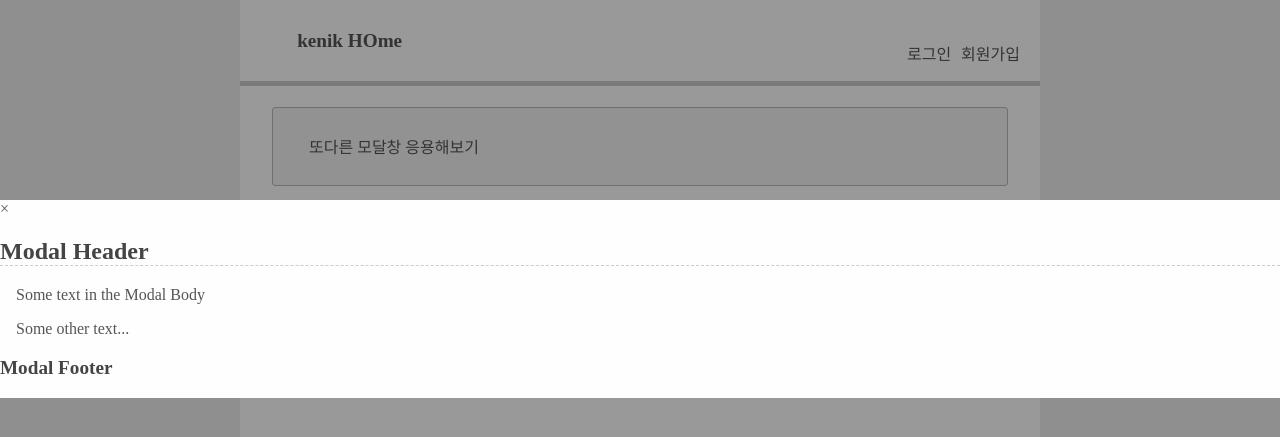
Repository: Deneb0000/WebClass
Page: webPro/src/main/webapp/javascript/days09/ex14_02.html
The author's editor kept a copy of each file at every save. The page is drawn from the files as they stood at one save, then again after the next save.
The browser window is 1280 px wide. The pictures show the whole page.
Some web fonts or font styles are not loaded; a fallback is used.

Above is the page before, as saved 2024-10-11 06:49:05.

### webPro/src/main/webapp/javascript/days09/ex14_02.html
<!DOCTYPE html>
<html>
<head>
<meta charset="UTF-8">
<title>Insert title here</title>
<link rel="shortcut icon" type="image/x-icon" href="http://localhost/webPro/images/SiSt.ico">
<script src="https://ajax.googleapis.com/ajax/libs/jquery/3.7.1/jquery.min.js"></script>
<meta name="viewport" content="width=device-width, initial-scale=1.0">
<link rel="stylesheet" href="http://localhost/webPro/resources/cdn-main/example.css">
<script src="http://localhost/webPro/resources/cdn-main/example.js"></script>
<style>
 span.material-symbols-outlined{
    vertical-align: text-bottom;
 }
</style>
<style>
  .modal {
 position: fixed; /* Stay in place */
 z-index: 1; /* Sit on top */
 left: 0;
 top: 0;
 width: 100%; /* Full width */
 height: 100%; /* Full height */
 overflow: auto; /* Enable scroll if needed */
 background-color: rgb(0,0,0); /* Fallback color */
 background-color: rgba(0,0,0,0.4); /* Black w/ opacity 오퍼시티 40%를 먹인 black 화면*/
 -webkit-animation-name: fadeIn; /* Fade in the background */
 -webkit-animation-duration: 0.4s;
 animation-name: fadeIn;
 animation-duration: 0.4s
}

.modal-content {
  position: fixed;
  top: 200px;
  background-color: #fefefe;
  width: 100%;
  -webkit-animation-name: slideIn;
  -webkit-animation-duration: 0.4s;
  animation-name: slideIn;
  animation-duration: 0.4s
}
</style>
</head>
<body>
<header>
  <h1 class="main"><a href="#" style="position: absolute;top:30px;">kenik HOme</a></h1>
  <ul>
    <li><a href="#">로그인</a></li>
    <li><a href="#">회원가입</a></li>
  </ul>
</header>
<div>
  <xmp class="code">
     또다른 모달창 응용해보기
  </xmp>

  <button id="myBtn">Open Modal</button>

  <!-- The Modal start-->
<div id="myModal" class="modal">

  <!-- Modal content -->
  <div class="modal-content">
    <div class="modal-header">
      <span class="close">&times;</span>
      <h2>Modal Header</h2>
    </div>
    <div class="modal-body">
      <p>Some text in the Modal Body</p>
      <p>Some other text...</p>
    </div>
    <div class="modal-footer">
      <h3>Modal Footer</h3>
    </div>
  </div>
<!-- The Modal finish-->

</div>
</div>
</body>
</html>

### webPro/src/main/webapp/resources/cdn-main/example.css
@charset "UTF-8";

@import url('https://fonts.googleapis.com/css2?family=Material+Symbols+Outlined:opsz,wght,FILL,GRAD@20..48,100..700,0..1,-50..200');

@font-face {
    font-family: 'GmarketSansMedium';
    src: url('https://cdn.jsdelivr.net/gh/projectnoonnu/noonfonts_2001@1.1/GmarketSansMedium.woff') format('woff');
    font-weight: normal;
    font-style: normal;
}

:root {
	--text-color: #555;
	--sub-text-color: #777;
	--back-color: #EFEFEF;
	--header-color: #444;
	--primary-color: #DEDEDE;
	--secondary-color: #EFEFEF;
	--default-width: 800px;
	--narrow-width: 500px;
	--wide-width: 1200px;
	--text-font: 'GmarketSansMedium';
	--icon-font: 'Material Symbols Outlined';
	--border-color: #CCC;
}

html, body {
	margin: 0;
	padding: 0;
}

html {
	background-color: var(--back-color);
	display: flex;
	justify-content: center;
	min-height: 100vh;
}

body, body.default {
	width: var(--default-width);
	background-color: white;
	padding-bottom: 120px;
}

body.wide {
	width: var(--wide-width);
}

body.narrow {
	width: var(--narrow-width);
}



body, p, div, span, a, input, select, option, textarea, button, table, th, td, label, fieldset, legend {
	font-family: var(--text-font);
	color: var(--text-color);
}

h1, h2, h3 {
	font-family: var(--text-font);
	color: var(--header-color);
	padding: 0 1rem;
	padding-top: .5rem;
}

div > h1, div > h2, div > h3 {
	padding: 0;
}

body > div, body > main > div {
	padding: 0.3rem 1rem;
}


h1 { font-size: 2rem; border-bottom: 1px solid var(--border-color); }
h1 small { font-size: 1.2rem; color: var(--sub-text-color); }
h2 { font-size: 1.5rem; border-bottom: 1px dashed var(--border-color); }
h2 small { font-size: 1.1rem; color: --sub-text-color; }
h3 { font-size: 1.2rem; }
h3 small { font-size: 1rem; color: --sub-text-color; }



h1.main::before {
	font-family: var(--icon-font);
  	content: '\e666';
  	margin-right: 10px;
  	float: left;
	font-size: 2.5rem;
}

h1.sub::before {
	font-family: var(--icon-font);
  	content: '\ea19';
  	margin-right: 10px;
  	float: left;
	font-size: 2.5rem;
}


h1.page::before {
	font-family: var(--icon-font);
  	content: '\e0e0';
  	margin-right: 10px;
  	float: left;
	font-size: 2.5rem;
}

body > header > ul > li > .active{
	background-color: #FFF;
	color:#F00;
}

body > header {
	display: flex;
	justify-content: space-between;
	border-bottom: 5px solid var(--border-color);
	min-height: 74px;
	background-color: #FFF;
}

body > header.sticky {
	position: sticky;
	top: 0;
	z-index: 98;
}

body > header > h1 {
	font-size: 1.2rem;
	border: 0;
}

body > header.in > h1::before {
	font-family: var(--icon-font);
  	content: '\e332‥';
  	margin-right: 3px;
  	float: left;
	font-size: 2rem;
}


body > header > ul {
	list-style-type: none;
	display: flex;
	align-items: flex-end;
	margin-right: 10px;
}

body > header > ul > li {
	margin-right: 10px;
	cursor: pointer;
}

body > header > ul > li > a {
	cursor: pointer;
}


form {
	display: block;
}

form > div {
	padding: 0.3rem 1rem;
}

div > form > div {
	padding: 0.3rem 0;
}

input, textarea, button, select {
	border: 1px solid #BBB;
	border-radius: 3px;
	outline: none;
	resize: none;
	padding: 7px;
	margin: 0;
}

input[type=text]:read-only, textarea:read-only {
	cursor: not-allowed;
	background-color: #FFF;
}

input[type=text]:disabled, textarea:disabled {
	cursor: not-allowed;
	background-color: #EEE;
}

input[type=text], input[type=password], textarea, button, select {
	/* width: 300px; */
}

textarea {
	display: block;
	height: 100px;
}

input[type=button], input[type=submit], button {
	/* width: inherit; */
}

input.short, textarea.short, button.short, select.short {
	width: 100px;
}

input.long, textarea.long, button.long, select.long {
	width: 350px;
}

.narrow input.long, .narrow textarea.long, .narrow button.long, .narrow select.long {
	width: calc(100% - 20px);
}

input.full, textarea.full, button.full, select.full {
	width: calc(100% - 20px);
}

textarea.short {
	height: 50px;
}

textarea.long {
	height: 100px;
}

textarea.full {
	height: 200px;
}

input, textarea {
	padding-top: 8px;
}

input[type=button], input[type=submit], button {
	padding: 5px 10px;
	background-color: var(--secondary-color);
	cursor: pointer;
	min-height: 36px;
}

input[type=button].primary, input[type=submit].primary, button.primary {
	/* background-color: rgba(100, 149, 237, .2); */
	background-color: var(--primary-color);
}

input[type=button].primary:hover, input[type=submit].primary:hover, button.primary:hover {
	/* background-color: rgba(100, 149, 237, .3); */
	background-color: var(--secondary-color);
}

input[type=button]:hover, input[type=submit]:hover, button:hover {
	background-color: var(--primary-color);
}

button {
	position: relative;
	left: 0;
	top: 0;
	padding-left: 35px;
}

button .material-symbols-outlined {
	position: absolute;
	left: 10px;
	top: 4px;
}

/* k2nik add */
button.login::before {
	font-family: var(--icon-font);
  	content: '\ea77';
	position: absolute;
	left: 11px;
	top: 4px;
	font-size: 1.25rem;
}

/* k2nik logout */
button.logout::before {
	font-family: var(--icon-font);
  	content: '\e9ba';
	position: absolute;
	left: 11px;
	top: 4px;
	font-size: 1.25rem;
}

/* k2nik help */
button.help::before {
	font-family: var(--icon-font);
  	content: '\f1c0';
	position: absolute;
	left: 11px;
	top: 4px;
	font-size: 1.25rem;
}

button.add::before{
	font-family: var(--icon-font);
  	content: '\e746';
	position: absolute;
	left: 11px;
	top: 4px;
	font-size: 1.25rem;
}

button.back::before {
	font-family: var(--icon-font);
  	content: '\e166';
	position: absolute;
	left: 11px;
	top: 4px;
	font-size: 1.25rem;
}

button.list::before {
	font-family: var(--icon-font);
  	content: '\e0ee';
	position: absolute;
	left: 11px;
	top: 4px;
	font-size: 1.25rem;
}


button.del::before {
	font-family: var(--icon-font);
  	content: '\e872';
	position: absolute;
	left: 11px;
	top: 4px;
	font-size: 1.25rem;
}


button.edit::before {
	font-family: var(--icon-font);
  	content: '\e745';
	position: absolute;
	left: 11px;
	top: 4px;
	font-size: 1.25rem;
}


button.login::before {
	font-family: var(--icon-font);
  	content: '\ea77';
	position: absolute;
	left: 11px;
	top: 4px;
	font-size: 1.25rem;
}


button.logout::before {
	font-family: var(--icon-font);
  	content: '\e9ba';
	position: absolute;
	left: 11px;
	top: 4px;
	font-size: 1.25rem;
}


button.in::before {
	font-family: var(--icon-font);
  	content: '\f71a';
	position: absolute;
	left: 11px;
	top: 4px;
	font-size: 1.25rem;
}


button.out::before {
	font-family: var(--icon-font);
  	content: '\f70e';
	position: absolute;
	left: 11px;
	top: 4px;
	font-size: 1.25rem;
}


button.reply::before {
	font-family: var(--icon-font);
  	content: '\e15e';
	position: absolute;
	left: 11px;
	top: 4px;
	font-size: 1.25rem;
}


button.comment::before {
	font-family: var(--icon-font);
  	content: '\e0b9';
	position: absolute;
	left: 11px;
	top: 4px;
	font-size: 1.25rem;
}


button.modal::before {
	font-family: var(--icon-font);
  	content: '\e89e';
	position: absolute;
	left: 11px;
	top: 4px;
	font-size: 1.25rem;
}


button.ok::before {
	font-family: var(--icon-font);
  	content: '\e86c';
	position: absolute;
	left: 11px;
	top: 4px;
	font-size: 1.25rem;
}


button.cancel::before {
	font-family: var(--icon-font);
  	content: '\e5c9';
	position: absolute;
	left: 11px;
	top: 4px;
	font-size: 1.25rem;
}

button.search::before {
	font-family: var(--icon-font);
  	content: '\e8b6';
	position: absolute;
	left: 11px;
	top: 4px;
	font-size: 1.25rem;
}

button.home::before {
	font-family: var(--icon-font);
  	content: '\e88a';
	position: absolute;
	left: 11px;
	top: 4px;
	font-size: 1.25rem;
}


button.sidebar::before {
	font-family: var(--icon-font);
  	content: '\f7e4';
	position: absolute;
	left: 11px;
	top: 4px;
	font-size: 1.25rem;
}


button.sidebar-right::before {
	font-family: var(--icon-font);
  	content: '\f7e5';
	position: absolute;
	left: 11px;
	top: 4px;
	font-size: 1.25rem;
}




button::before {
	font-family: var(--icon-font);
  	content: '\e323';
	position: absolute;
	left: 11px;
	top: 4px;
	font-size: 1.25rem;
}


table {
	border-collapse: collapse;
	margin: 1rem;
	box-sizing: border-box;
	width: calc(100% - 32px);
}

table.content {
	width: auto;
}

div > table {
	margin: 0;
}

table th, table td {
	border: 1px solid var(--border-color);
	padding: 7px;
	font-weight: normal;
}

table th {
	background-color: var(--back-color);
}

table.vertical th {
	width: 150px;
}

table.vertical td {
	width: calc(100% - 182px);
	padding-left: 10px;
}

table.content td, table.content th {
	width: auto;
}

body.narrow table.vertical th {
	width: 100px;
}

body.narrow table.vertical td {
	width: calc(100% - 182px);
}


table + table {
	margin-top: 30px;
}


p {
	padding: 0 1rem;
}

a {
	text-decoration: none;
}

a:hover {
	color: rgba(255, 99, 71, .7);
}

hr {
	border: 0;
	border-top: 1px solid var(--border-color);
	margin: 2rem 0;
}

.message {
	border: 1px solid var(--border-color);
	background-color: #EFEFEF;
	margin: 1rem;
	width: auto;
	padding-top: 10px;
	padding-bottom: 10px;
	font-size: 14px;
}

.message[title]::before {
	content: attr(title);
	display: block;
	border-bottom: 1px solid var(--border-color);
	padding-bottom: 5px;
	margin-bottom: 10px;
	margin-top: 7px;
}

.message.short {
	max-width: 250px;
}

.message.long {
	max-width: 500px;
}

.badge {
	float: right;
	font-size: .8rem;
	margin-top: 2px;
	margin-right: 2px;
	text-shadow: 0 0 7px gray;
}

.badge.left {
	float: none;
	margin-left: 2px;
}

.badge.right {
	float: right;
}

.badge.red {
	border-radius: 50%;
	padding: 2px 5px;
	background-color: rgb(255, 99, 71, .3);
}

.badge.yellow {

	border-radius: 50%;
	padding: 2px 5px;
	background-color: rgb(255, 215, 0, .5);
}

.badge.blue {
	border-radius: 50%;
	padding: 2px 5px;
	background-color: rgb(100, 149, 237, .3);
}

label + label {
	margin-left: 7px;
}

label input[type=checkbox], label input[type=radio] {
	transform: translate(0, 1px);
}

.group {
	display: flex;
}

.modal-content .group {
	margin-bottom: .5rem;
}

.group label {
	border: 1px solid #BBB;
	border-radius: 3px;
	outline: none;
	resize: none;
	padding: 7px 14px;
	margin: 0;
	border-top-right-radius: 0;
	border-bottom-right-radius: 0;
	background-color: #EFEFEF;
	white-space: nowrap;
	font-size: 14px;
}

.group input[type=text] {
	margin-left: -1px;
	border-top-left-radius: 0;
	border-bottom-left-radius: 0;
}

.group select {
	margin-left: -1px;
	border-top-left-radius: 0;
	border-bottom-left-radius: 0;
}

.group input.full[type=text] {
	margin-left: -1px;
	border-top-left-radius: 0;
	border-bottom-left-radius: 0;
	width: 100%;
}

.group input[type=button]:first-child, .group button:first-child {
	border-top-left-radius: 3px;
	border-bottom-left-radius: 3px;
	margin-left: 0px;
}

.group input[type=button], .group button {
	border-radius: 0;
	margin-left: -1px;
}

.group input[type=button]:last-child, .group button:last-child {
	margin-left: -1px;
	border-top-right-radius: 3px;
	border-bottom-right-radius: 3px;
}

.seperate {
	display: flex;
	justify-content: space-between;
}

div.list {
	width: max-content;
	margin: 1rem;
	border: 1px solid #BBB;
	border-radius: 3px;
	padding: 0;
}

div.list.full {
	width: auto;
	display: block;
	margin: 1rem;
	border: 1px solid #BBB;
	border-radius: 3px;
	padding: 0;
}

div.list > div {
	padding: .5rem 1rem;
	margin: 0;
	border-bottom: 1px solid #BBB;
}

div.list > div:last-child {
	border-bottom: 0;
}

pre.code , xmp.code{
	font-family: consols;
	background-color: rgba(150, 150, 150, .1);
	border: 1px solid #BBB;
	border-radius: 3px;
	padding: .5rem 1rem;
	padding-bottom: .6rem;
	margin: 1rem;
}




*[data-modal-window] {
	position: fixed;
	background-color: rgba(0, 0, 0, .3);
	left: 0;
	top: 0;
	display: none;
	justify-content: center;
	align-items: flex-start;
	width: 100%;
	min-height: 100vh;
	z-index: 100;
	opacity: 0;
	transition: 500ms all;
}

*[data-modal-window] .modal-container {
	border-radius: 5px;
	padding: 1rem;
	padding-bottom: .5rem;
	margin-top: -500px;
	opacity: 0;
	width: 500px;
	background-color: #FFF;
	margin-right: 2rem;
	transition: 500ms all;
}

*[data-modal-size=content] .modal-container {
	width: auto;
}

*[data-modal-size=narrow] .modal-container {
	width: 300px;
}

*[data-modal-size=wide] .modal-container {
	width: 760px;
}


*[data-modal-window] .modal-header {
	border-bottom: 1px solid var(--border-color);
	padding: 2px 5px;
}

*[data-modal-window] .modal-content {
	padding: 1rem 5px;
}

*[data-modal-window] .modal-content div:last-child {
	margin-top: 1rem;
	text-align: right;
}



*[data-sidebar-window] {
	position: fixed;
	background-color: #FFF;
	left: 0;
	top: 0;
	display: block;
	width: 300px;
	border-right: 1px solid var(--border-color);
	box-sizing: border-box;
	box-shadow: 0 0 3px var(--back-color);
	min-height: 100vh;
	z-index: 99;
	transform: translate(-300px, 0);
	transition-duration: 500ms;
	transition-property: transform;
}

*[data-sidebar-direction=right] {
	left: auto;
	right: 0;
	transform: translate(300px, 0);
	border-left: 1px solid var(--border-color);
}

*[data-sidebar-size=wide] {
	width: 500px;
	transform: translate(-500px, 0);
}

*[data-sidebar-window] .sidebar-title {
	border-bottom: 1px solid var(--border-color);
	margin-top: 20px;
	margin-bottom: 20px;
	padding-bottom: 5px;
	display: flex;
	justify-content: space-between;
}

*[data-sidebar-window] .sidebar-title span:last-child {
	cursor: pointer;
}


/* K2Nik pagination */
.center {
  text-align: center;
}

.pagination {
  display: inline-block;
}

.pagination a {
  color: black;
  float: left;
  padding: 3px 6px;
  text-decoration: none;
  transition: background-color .3s;
  border: 1px solid #ddd;
  margin: 0 3px;
}

.pagination a.active {
  background-color: #4CAF50;
  color: white;
  border: 1px solid #4CAF50;
}

.pagination a:hover:not(.active) {background-color: #ddd;}

### webPro/src/main/webapp/resources/cdn-main/example.js

window.onload = () => {

    const list = document.querySelectorAll('input, textarea');

    list.forEach(item => {
        item.setAttribute('autocomplete', 'off');
    });


    const modal_btn_list = document.querySelectorAll('*[data-modal-button]');

    modal_btn_list.forEach(item => {
        item.onclick = function() {

            const name = this.dataset['modalButton'];
            const modal_window = document.querySelector('*[data-modal-window=' + name);

            const container = document.createElement('div');
            container.className = 'modal-container';



            const modal_header = document.createElement('div');
            modal_header.textContent = modal_window.dataset['modalTitle'];
            modal_header.className = 'modal-header';
            container.appendChild(modal_header);

            const modal_content = document.createElement('div');
            modal_content.className = 'modal-content';
            container.appendChild(modal_content);

            Array.from(modal_window.childNodes).forEach(item => {
                modal_content.appendChild(item);
            });

            modal_window.appendChild(container);

            modal_window.style.display = 'flex';

            setTimeout(() => {
                modal_window.style.opacity = 1;
                container.style.marginTop = '20px';
                container.style.opacity = 1;
            }, 50);


            const modal_ok = document.querySelector('*[data-modal-ok=' + name);
            modal_ok.addEventListener('click', function() {
                modal_window.style.opacity = 0;
                container.style.marginTop = '-500px';
                container.style.opacity = 0;

                setTimeout(() => {
                    modal_window.innerHTML = modal_content.innerHTML;
                    modal_window.style.display = 'none';
                }, 500);

            });

            const modal_cancel = document.querySelector('*[data-modal-cancel=' + name);
            modal_cancel.addEventListener('click', function() {

                modal_window.style.opacity = 0;
                container.style.marginTop = '-500px';
                container.style.opacity = 0;

                setTimeout(() => {
                    modal_window.innerHTML = modal_content.innerHTML;
                    modal_window.style.display = 'none';
                }, 500);
            });


        };
    });


    const sidebar_btn_list = document.querySelectorAll('*[data-sidebar-button]');

    sidebar_btn_list.forEach(item => {
        item.onclick = function() {



            const name = this.dataset['sidebarButton'];
            const sidebar_window = document.querySelector('*[data-sidebar-window=' + name);

            if (sidebar_window.style.transform == 'translate(0px, 0px)') return;



            sidebar_window.style.transform = 'translate(0, 0)';

            const sidebar_title = document.createElement('div');
            sidebar_title.className = 'sidebar-title';
            sidebar_title.innerHTML = '<span>' + sidebar_window.dataset['sidebarTitle'] + '</span><span class="material-symbols-outlined">close</span>';

            sidebar_title.children[1].onclick = function() {

                let sign = 1;
                let distance = 300;

                if (sidebar_window.dataset['sidebarDirection'] != 'right') {
                    sign = -1;
                } else {
                    sign = 1;
                }

                if (sidebar_window.dataset['sidebarSize'] != 'wide') {
                    distance = 300;
                } else {
                    distance = 500;
                }

                distance *= sign;

                sidebar_window.style.transform = 'translate(' + distance + 'px, 0)';

                setTimeout(function() {
                    sidebar_window.removeChild(sidebar_window.children[0]);
                }, 500);
            };


            sidebar_window.prepend(sidebar_title);

        }
    });

};

// window.onkeydown = function(event) {

//     if (event.keyCode == 27) {
//         if (document.querySelector('[data-modal-window').style.display == 'flex') {
//             document.querySelector('[data-modal-window').style.display = 'none';
//         }
//     }

// };

After the next save:
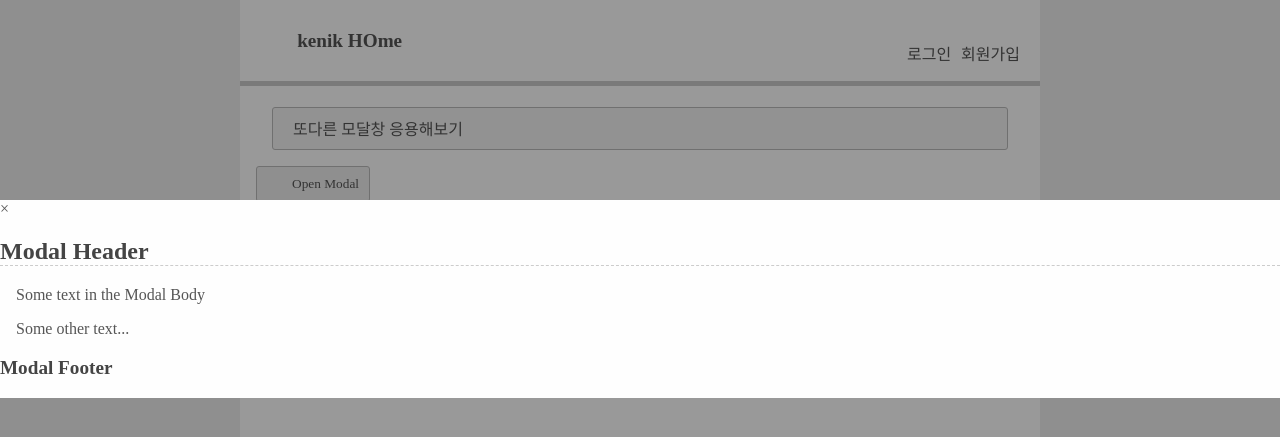
Saved 7 s later.
--- a/webPro/src/main/webapp/javascript/days09/ex14_02.html
+++ b/webPro/src/main/webapp/javascript/days09/ex14_02.html
@@ -3,80 +3,84 @@
 <head>
 <meta charset="UTF-8">
 <title>Insert title here</title>
-<link rel="shortcut icon" type="image/x-icon" href="http://localhost/webPro/images/SiSt.ico">
-<script src="https://ajax.googleapis.com/ajax/libs/jquery/3.7.1/jquery.min.js"></script>
+<link rel="shortcut icon" type="image/x-icon"
+	href="http://localhost/webPro/images/SiSt.ico">
+<script
+	src="https://ajax.googleapis.com/ajax/libs/jquery/3.7.1/jquery.min.js"></script>
 <meta name="viewport" content="width=device-width, initial-scale=1.0">
-<link rel="stylesheet" href="http://localhost/webPro/resources/cdn-main/example.css">
+<link rel="stylesheet"
+	href="http://localhost/webPro/resources/cdn-main/example.css">
 <script src="http://localhost/webPro/resources/cdn-main/example.js"></script>
 <style>
- span.material-symbols-outlined{
-    vertical-align: text-bottom;
- }
+span.material-symbols-outlined {
+	vertical-align: text-bottom;
+}
 </style>
 <style>
-  .modal {
- position: fixed; /* Stay in place */
- z-index: 1; /* Sit on top */
- left: 0;
- top: 0;
- width: 100%; /* Full width */
- height: 100%; /* Full height */
- overflow: auto; /* Enable scroll if needed */
- background-color: rgb(0,0,0); /* Fallback color */
- background-color: rgba(0,0,0,0.4); /* Black w/ opacity 오퍼시티 40%를 먹인 black 화면*/
- -webkit-animation-name: fadeIn; /* Fade in the background */
- -webkit-animation-duration: 0.4s;
- animation-name: fadeIn;
- animation-duration: 0.4s
+.modal {
+	position: fixed; /* Stay in place */
+	z-index: 1; /* Sit on top */
+	left: 0;
+	top: 0;
+	width: 100%; /* Full width */
+	height: 100%; /* Full height */
+	overflow: auto; /* Enable scroll if needed */
+	background-color: rgb(0, 0, 0); /* Fallback color */
+	background-color: rgba(0, 0, 0, 0.4);
+	/* Black w/ opacity 오퍼시티 40%를 먹인 black 화면*/
+	-webkit-animation-name: fadeIn; /* Fade in the background */
+	-webkit-animation-duration: 0.4s;
+	animation-name: fadeIn;
+	animation-duration: 0.4s
 }
 
 .modal-content {
-  position: fixed;
-  top: 200px;
-  background-color: #fefefe;
-  width: 100%;
-  -webkit-animation-name: slideIn;
-  -webkit-animation-duration: 0.4s;
-  animation-name: slideIn;
-  animation-duration: 0.4s
+	position: fixed;
+	top: 200px;
+	background-color: #fefefe;
+	width: 100%;
+	-webkit-animation-name: slideIn;
+	-webkit-animation-duration: 0.4s;
+	animation-name: slideIn;
+	animation-duration: 0.4s
 }
 </style>
 </head>
 <body>
-<header>
-  <h1 class="main"><a href="#" style="position: absolute;top:30px;">kenik HOme</a></h1>
-  <ul>
-    <li><a href="#">로그인</a></li>
-    <li><a href="#">회원가입</a></li>
-  </ul>
-</header>
-<div>
-  <xmp class="code">
-     또다른 모달창 응용해보기
-  </xmp>
+	<header>
+		<h1 class="main">
+			<a href="#" style="position: absolute; top: 30px;">kenik HOme</a>
+		</h1>
+		<ul>
+			<li><a href="#">로그인</a></li>
+			<li><a href="#">회원가입</a></li>
+		</ul>
+	</header>
+	<div>
+		<xmp class="code"> 또다른 모달창 응용해보기 </xmp>
 
-  <button id="myBtn">Open Modal</button>
+		<button id="myBtn">Open Modal</button>
 
-  <!-- The Modal start-->
-<div id="myModal" class="modal">
+		<!-- The Modal start-->
+		<div id="myModal" class="modal">
 
-  <!-- Modal content -->
-  <div class="modal-content">
-    <div class="modal-header">
-      <span class="close">&times;</span>
-      <h2>Modal Header</h2>
-    </div>
-    <div class="modal-body">
-      <p>Some text in the Modal Body</p>
-      <p>Some other text...</p>
-    </div>
-    <div class="modal-footer">
-      <h3>Modal Footer</h3>
-    </div>
-  </div>
-<!-- The Modal finish-->
+			<!-- Modal content -->
+			<div class="modal-content">
+				<div class="modal-header">
+					<span class="close">&times;</span>
+					<h2>Modal Header</h2>
+				</div>
+				<div class="modal-body">
+					<p>Some text in the Modal Body</p>
+					<p>Some other text...</p>
+				</div>
+				<div class="modal-footer">
+					<h3>Modal Footer</h3>
+				</div>
+			</div>
+			<!-- The Modal finish-->
 
-</div>
-</div>
+		</div>
+	</div>
 </body>
 </html>
